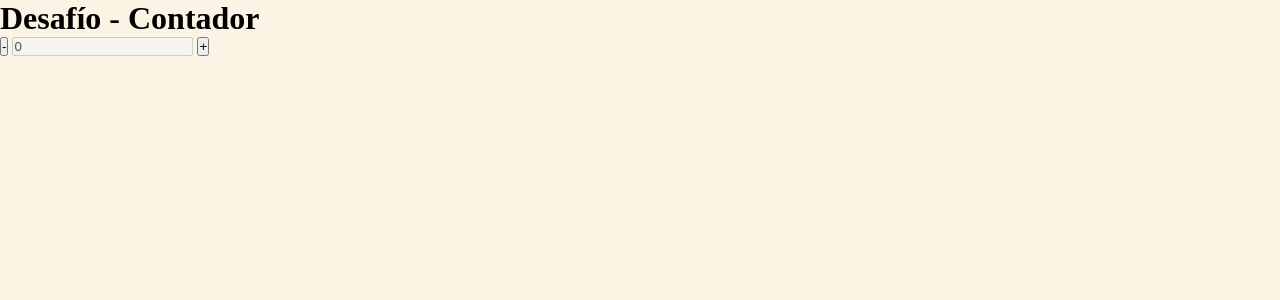
Repository: r-urchi/vue-coderhouse
Page: index.html
These files come from the project's save history. The page is drawn as it stood at one moment and after the next save; the edit follows.
The browser window is 1280 px wide. The pictures show the whole page.
The style sheet was rebuilt from its Sass, Less or Tailwind sources for each picture, by a compiler version that may differ from the author's.

Above is the page before, as saved 2021-11-13 10:57:00.

### index.html
<!DOCTYPE html>
<html lang="en">
<head>
    <meta charset="UTF-8">
    <meta http-equiv="X-UA-Compatible" content="IE=edge">
    <meta name="viewport" content="width=device-width, initial-scale=1.0">
    <link rel="stylesheet" href="css/main.css">
    <script src="https://cdn.jsdelivr.net/npm/vue@2.6.14/dist/vue.js"></script>
    <script defer src="js/app.js"></script>
    <title>Clase 2</title>
</head>
<body>

    <div id="app">

        <h1>Desafío - Contador</h1>
        <div class="counter__container">
            <button v-on:click=subtract() class="counter__btn">-</button>
            <input type="number" v-bind:value="counterValue" class="counter__value" disabled/>
            <button v-on:click=add() class="counter__btn">+</button>
        </div>

    </div>

</body>
</html>

### js/app.js
var app = new Vue({
    el: '#app',
    data: {
      counter: 0,
    },
    methods: {
        add(){
            this.counter++;
        },
        subtract(){
            this.counter === 0 ? this.counter = 0 : this.counter--;
        },
    },
    computed: {
        counterValue(){
            return this.counter
        },
    },
});

### css/main.sass
@import _basic

@import _counter

### css/_basic.sass
*
    margin: 0
    padding: 0
    box-sizing: border-box

body
    background: #FBF3E4
    font

#app
    width: 100%
    height: 100%

### css/_counter.sass
h1
    text

After the next save:
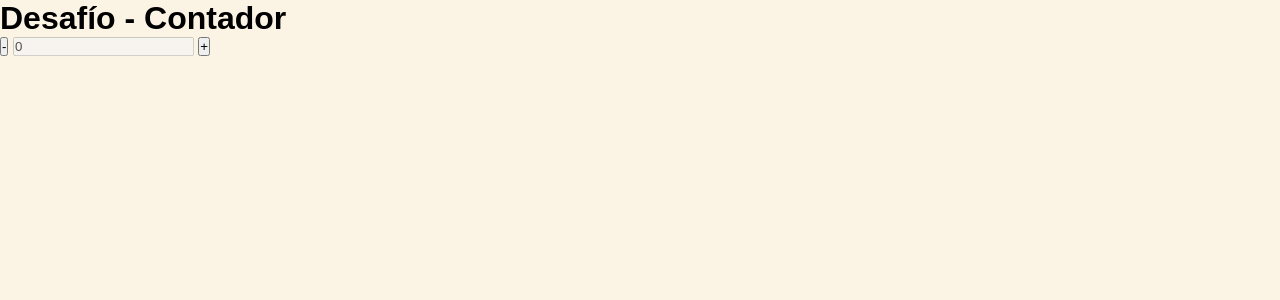
Saved 4 s later.
--- a/css/_basic.sass
+++ b/css/_basic.sass
@@ -5,7 +5,7 @@
 
 body
     background: #FBF3E4
-    font
+    font-family: sans-serif
 
 #app
     width: 100%
